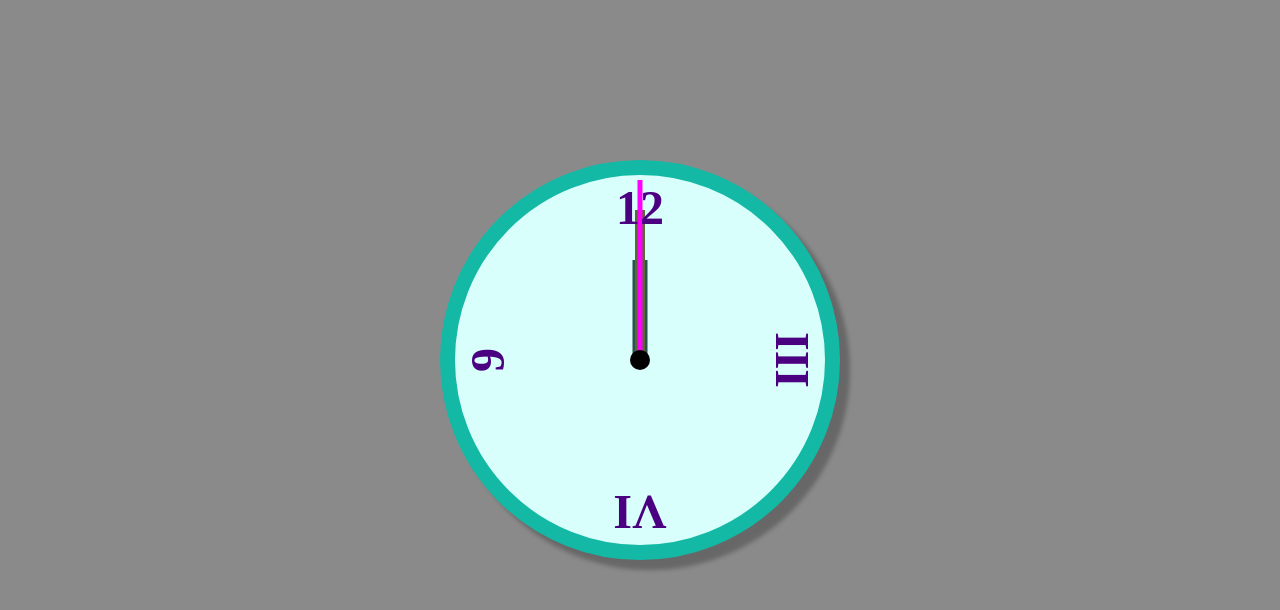
Repository: ChenWarren/web-clock
Page: index.html
The author's editor kept a copy of each file at every save. The page is drawn from the files as they stood at one save, then again after a run of saves.
The browser window is 1280 px wide. The pictures show the whole page.

Above is the page before, as saved 2021-03-18 21:33:21.

### index.html
<!DOCTYPE html>
<html lang="en">
<head>
    <meta charset="UTF-8">
    <meta http-equiv="X-UA-Compatible" content="IE=edge">
    <meta name="viewport" content="width=device-width, initial-scale=1.0">
    <link rel="stylesheet" href="main.css">
    <title>Clock</title>
</head>
<body>
    <main class="clock">
        <div class="hour"></div>
        <div class="minute"></div>
        <div class="second"></div>
        <div class="center_dot"></div>

        <div class="number num_1">
            <h2>12</h2>
        </div>
        <div class="number num_3">
            <h2 class="">III</h2>
        </div>
        <div class="number num_6">
            <h2>VI</h2>
        </div>
        <div class="number num_9">
            <h2>9</h2>
        </div>

        <div class="dot"></div>
        <div class="dot"></div>
        <div class="dot"></div>
        <div class="dot"></div>
        <div class="dot"></div>
        <div class="dot"></div>
        <div class="dot"></div>
        <div class="dot"></div>
    </main>

    <script src="clock.js"></script>

</body>
</html>

### main.css
* {
    margin: 0;
    padding: 0;
    box-sizing: border-box;
}

body {
    background-color: rgb(138, 138, 138);
    display: flex;
    justify-content: center;
    align-items: center;
    width: 100vw;
    height: 100vh;
    overflow: hidden;
}

.clock {
    width: 400px;
    height: 400px;
    border-radius: 50%;
    background: #d8fffb;
    border: 15px solid #14B9A5;
    box-sizing: border-box;
    box-shadow: 10px 10px 4px rgba(0, 0, 0, 0.25);
    position: relative;
}

.hour {
    width: 15px;
    height: 100px;
    background-color:  darkslategray;
    position: absolute;
    left: 50%;
    bottom: 50%;
    transform: translate(-50%);
}

.minute {
    width: 10px;
    height: 150px;
    background-color:darkolivegreen;
    position: absolute;
    left: 50%;
    bottom: 50%;
    transform: translate(-50%);
}

.second {
    width: 5px;
    height: 180px;
    background-color: fuchsia;
    position: absolute;
    left: 50%;
    bottom: 50%;
    transform: translate(-50%);
}

.center_dot {
    background-color: #000;
    width: 20px;
    height: 20px;
    border-radius: 50%;
    position: absolute;
    left: 50%;
    bottom: 50%;
    transform: translate(-50%, 50%);
}

.number {
    display: flex;
    height: 370px;
    width: 370px;
    padding-top: 5px;
    justify-content: center;
    color: indigo;
    position: absolute;
    font-size: 2rem;
}

.num_3 {
    transform: rotate(90deg);
}

.num_6 {
    transform: rotate(180deg);
}

.num_9 {
    transform: rotate(270deg);
}

Loaded but not shown: clock.js (no copy from this time; the picture is the same without it)

After the next 4 saves:
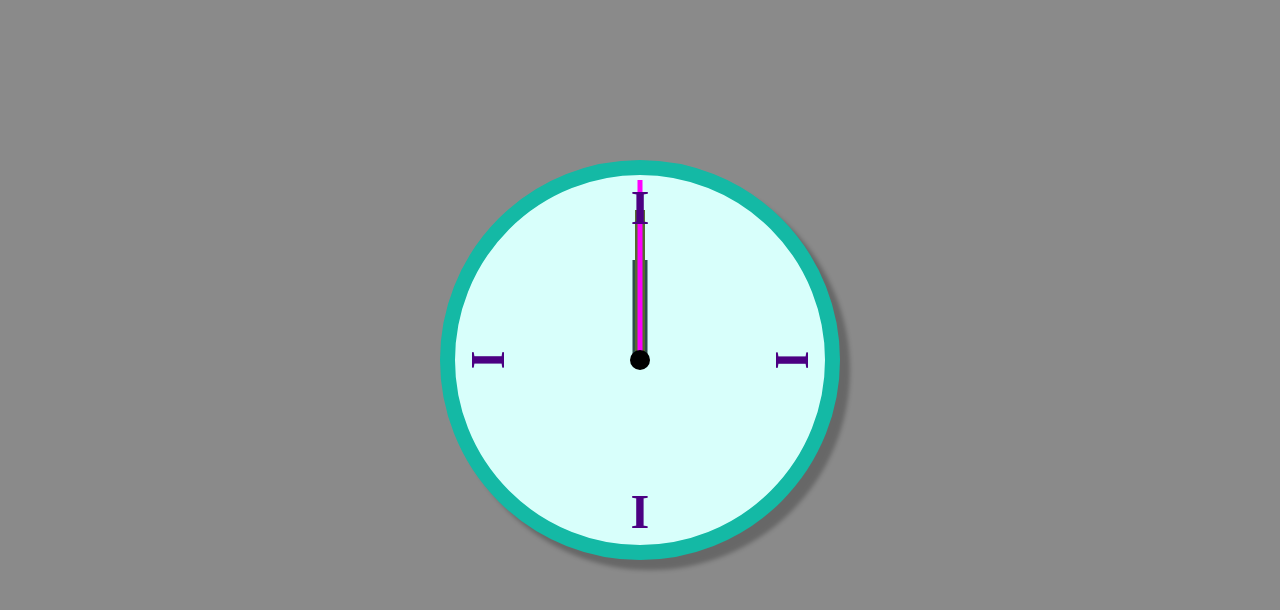
The 4 saves are shown as one change because they came seconds apart.
The last was saved 34 s later.
--- a/index.html
+++ b/index.html
@@ -15,16 +15,16 @@
         <div class="center_dot"></div>
 
         <div class="number num_1">
-            <h2>12</h2>
+            <h2>I</h2>
         </div>
         <div class="number num_3">
-            <h2 class="">III</h2>
+            <h2 class="">I</h2>
         </div>
         <div class="number num_6">
-            <h2>VI</h2>
+            <h2>I</h2>
         </div>
         <div class="number num_9">
-            <h2>9</h2>
+            <h2>I</h2>
         </div>
 
         <div class="dot"></div>
